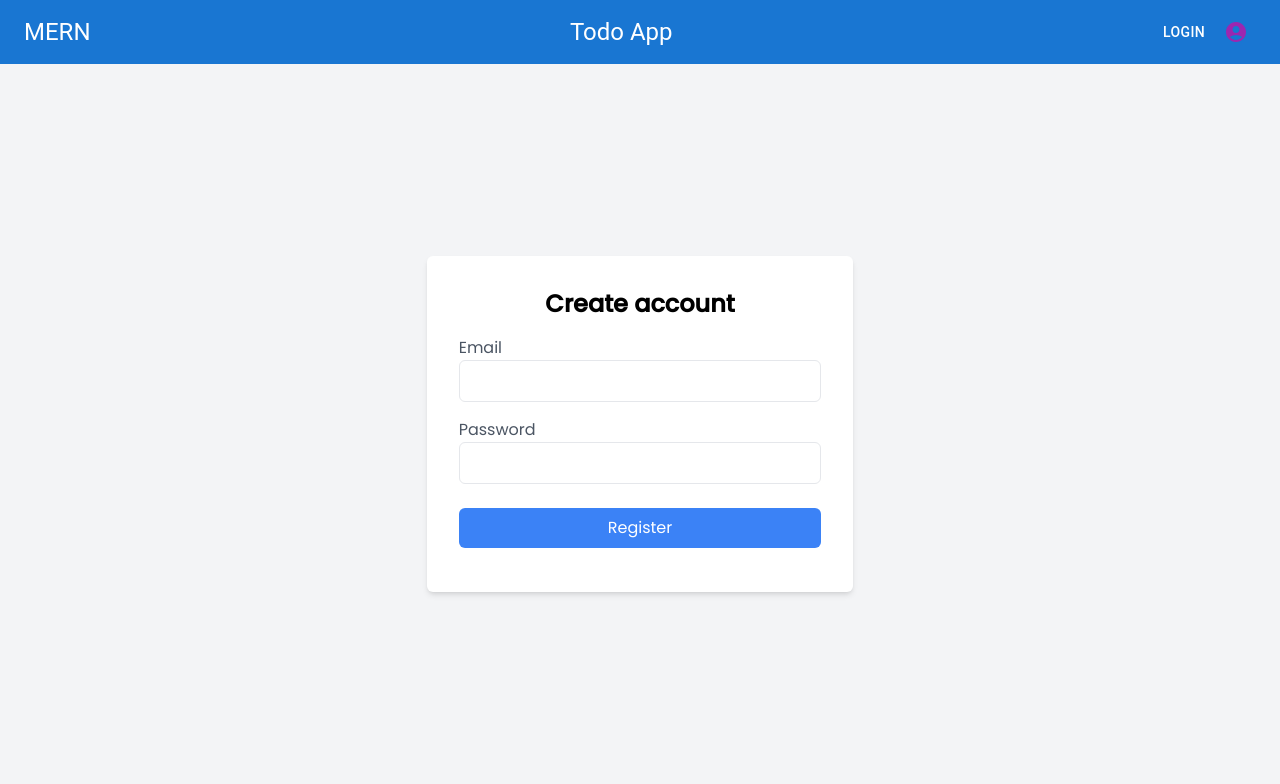
Repository: Nurlan-Bakenbaev/MERN--todo
Page: /register (app in client/)
These files come from the project's save history. The page is drawn as it stood at one moment and after a run of saves; the edit follows.
The browser window is 1280 px wide. The pictures show the whole page.
The project was rebuilt for these pictures with package versions that can differ from the ones it lists, and the page was loaded fresh each time. Also part of the build but not shown: client/vite.config.js, client/src/pages/Login.jsx.

Above is the page before, as saved 2023-10-15 16:48:23.

After the next 2 saves:
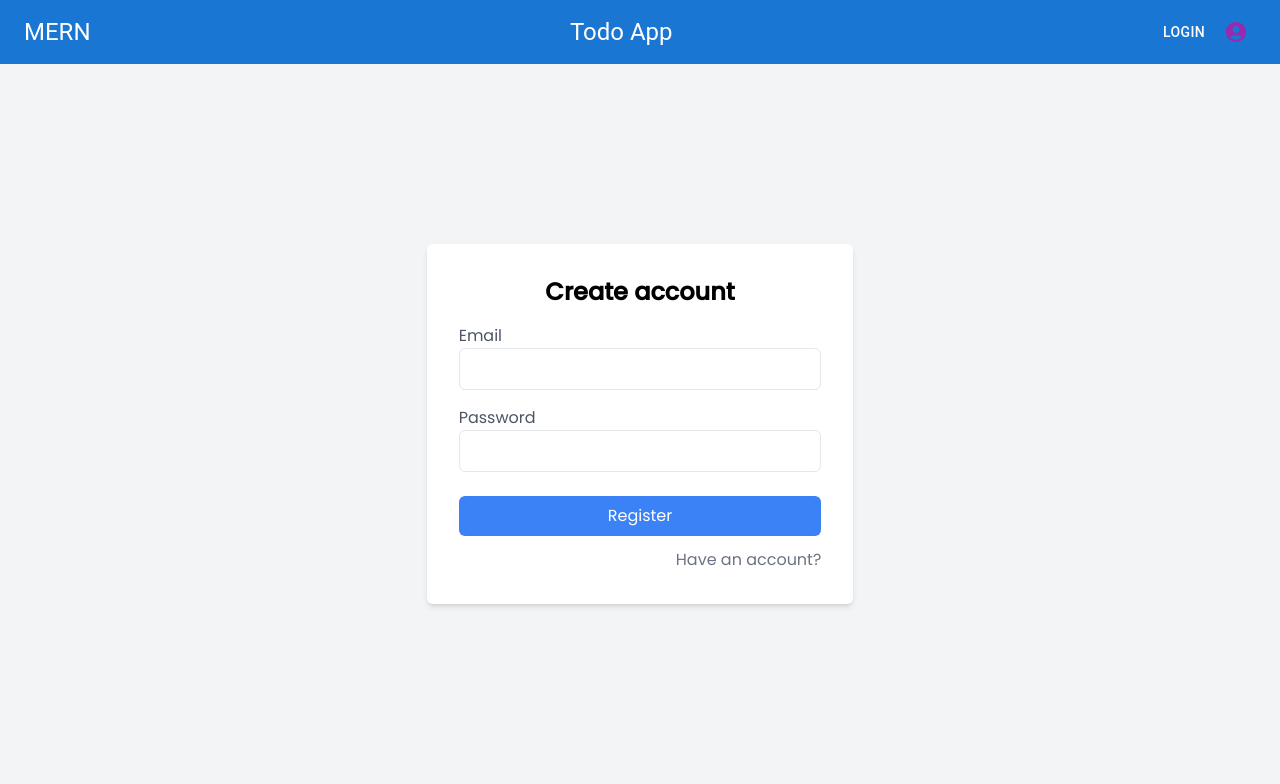
The 2 saves are shown as one change because they came seconds apart.
The last was saved 5 s later.
--- a/client/src/pages/Register.jsx
+++ b/client/src/pages/Register.jsx
@@ -1,37 +1,41 @@
 import { Link } from "react-router-dom";
 
 const Register = () => {
-    return (
-      <div className="min-h-screen flex items-center justify-center bg-gray-100">
-        <div className="bg-white p-8 shadow-md rounded-md sm:w-1/2 lg:w-1/3">
-          <h1 className="text-2xl font-semibold mb-4 text-center">Create account</h1>
-          <form>
-            <div className="mb-4">
-              <label className="block text-gray-600">Email</label>
-              <input
-                type="email"
-                className="w-full border rounded-md py-2 px-3"
-              />
-            </div>
-            <div className="mb-6">
-              <label className="block text-gray-600">Password</label>
-              <input
-                type="password"
-                className="w-full border rounded-md py-2 px-3"
-              />
-            </div>
-            <div className="flex flex-col gap-3">
-              <button className="w-full bg-blue-500 hover:bg-blue-800 text-white rounded-md py-2">
-                Register
-              </button>
-              <Link to="/login">
+  return (
+    <div className="min-h-screen flex items-center justify-center bg-gray-100">
+      <div className="bg-white p-8 shadow-md rounded-md sm:w-1/2 lg:w-1/3">
+        <h1 className="text-2xl font-semibold mb-4 text-center">
+          Create account
+        </h1>
+        <form>
+          <div className="mb-4">
+            <label className="block text-gray-600">Email</label>
+            <input
+              type="email"
+              className="w-full border rounded-md py-2 px-3"
+            />
+          </div>
+          <div className="mb-6">
+            <label className="block text-gray-600">Password</label>
+            <input
+              type="password"
+              className="w-full border rounded-md py-2 px-3"
+            />
+          </div>
+          <div className="flex flex-col gap-3">
+            <button className="w-full bg-blue-500 hover:bg-blue-800 text-white rounded-md py-2">
+              Register
+            </button>
+            <Link to="/login">
+              <p className="text-right hover:text-blue-500 cursor-pointer text-gray-500">
+                Have an account?
+              </p>
+            </Link>
+          </div>
+        </form>
+      </div>
+    </div>
+  );
+};
 
-              </Link>
-            </div>
-          </form>
-        </div>
-      </div>
-    );
-  };
-
-  export default Register;
+export default Register;
